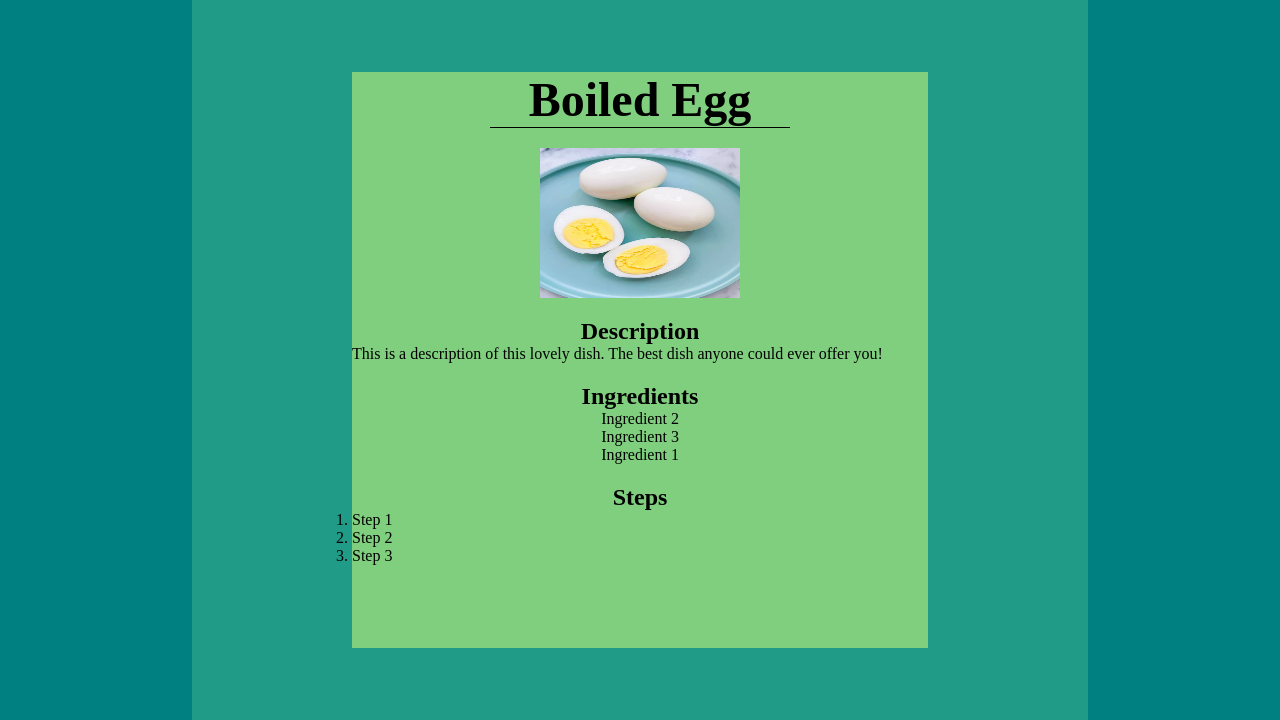
Repository: Pafestivo/odin-recipes
Page: recipes/boiled-egg.html
These files come from the project's save history. The page is drawn as it stood at one moment and after the next save; the edit follows.
The browser window is 1280 px wide. The pictures show the whole page.

Above is the page before, as saved 2022-09-24 12:52:16.

### recipes/boiled-egg.html
<!DOCTYPE html>
<html lang="en">
<head>
    <meta charset="UTF-8">
    <meta name="viewport" content="width=device-width, initial-scale=1.0">
    <link rel="stylesheet" href="../css/recipe-styles.css">
    <title>Recipe-Boiled Egg</title>
</head>
<body>
    <div class="container">
        <div class="inner">
            <h1>Boiled Egg</h1>
            <img
            src="../images/boiled-egg.jpg"
            alt="An image of Boiled Egg"
            />
            <h2>Description</h2>
            <p>This is a description of this lovely dish. The best dish anyone could ever offer you!</p>

            <h2>Ingredients</h2>
            <ul>
            <li>Ingredient 2</li>
            <li>Ingredient 3</li>
            <li>Ingredient 1</li>
            </ul>

            <h2>Steps</h2>
            <ol>
            <li>Step 1</li>
            <li>Step 2</li>
            <li>Step 3</li>
            </ol>
        </div> <!-- /inner -->
    </div> <!-- /container -->

</body>
</html>

### css/recipe-styles.css
* {
  box-sizing: border-box;
  padding: 0;
  margin: 0;
}

body {
  font-family: serif;
  background-color: #008080;
  padding: 1;
}

.container {
  background-color: #209B87;
  display: flex;
  width: 70vw;
  height: 100vh;
  padding: 1px;
  margin: 0 auto;
}

.inner {
  background-color: #80CF7F;
  width: 45vw;
  height: 80vh;
  margin: auto;
}

h1 {
  text-align: center;
  font-size: 3rem;
  margin: 0 auto 20px auto;
  border-bottom: 1px solid black;
  width: 300px;
}

img {
  display: block;
  margin: 0 auto;
  width: 200px;
  height: 150px;
}

h2 {
  text-align: center;
  font-size: 1.5rem;
  margin: 20px auto 0 auto;
}

ul {
  list-style: none;
  display: flex;
  align-items: center;
  justify-content: center;
  flex-direction: column;
}

a {
  display: flex;
  justify-content: center;
  align-items: center;
  margin: 30px 0;
  width: 350px;
  font-size: 1.5em;
  height: 45px;
  border-radius: 20px;
  text-decoration: none;
  color: inherit;
  background-color: #F9F871;
  transition: all 0.1s ease-in;
}

a:hover {
  transform: scale(1.1);
}

After the next save:
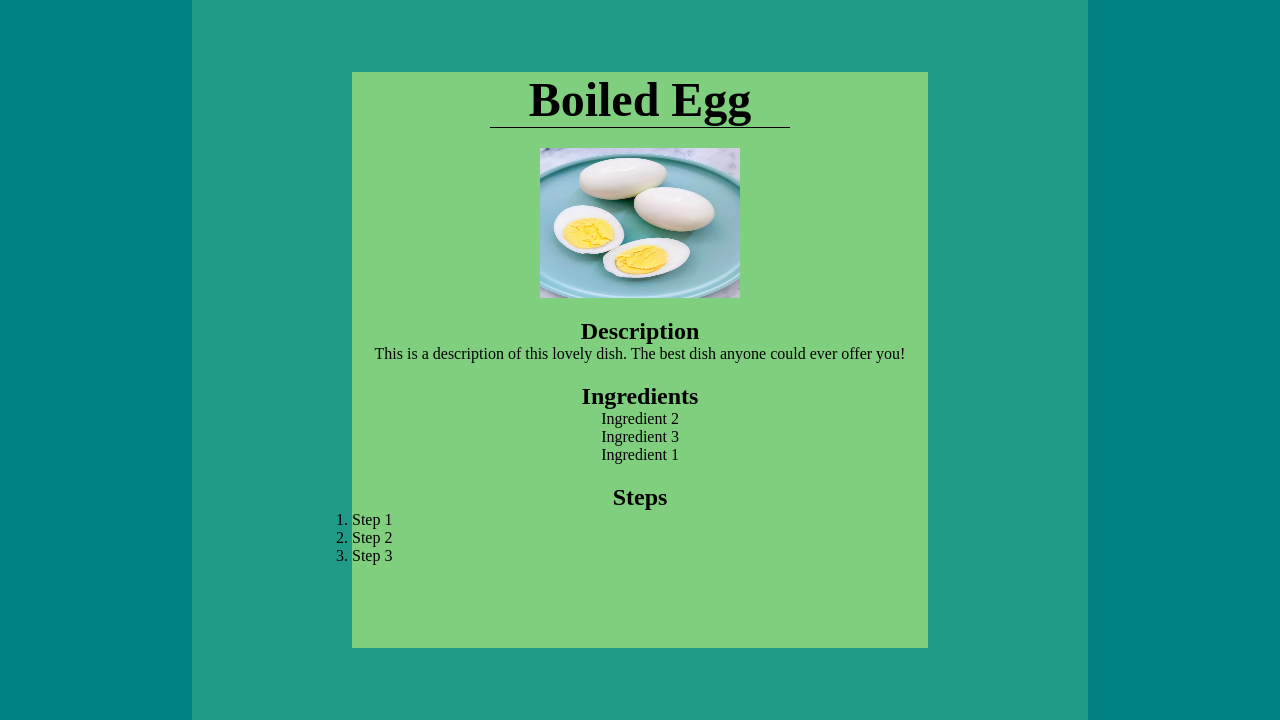
Saved 10 s later.
--- a/css/recipe-styles.css
+++ b/css/recipe-styles.css
@@ -47,6 +47,10 @@ h2 {
   margin: 20px auto 0 auto;
 }
 
+p {
+  text-align: center;
+}
+
 ul {
   list-style: none;
   display: flex;
